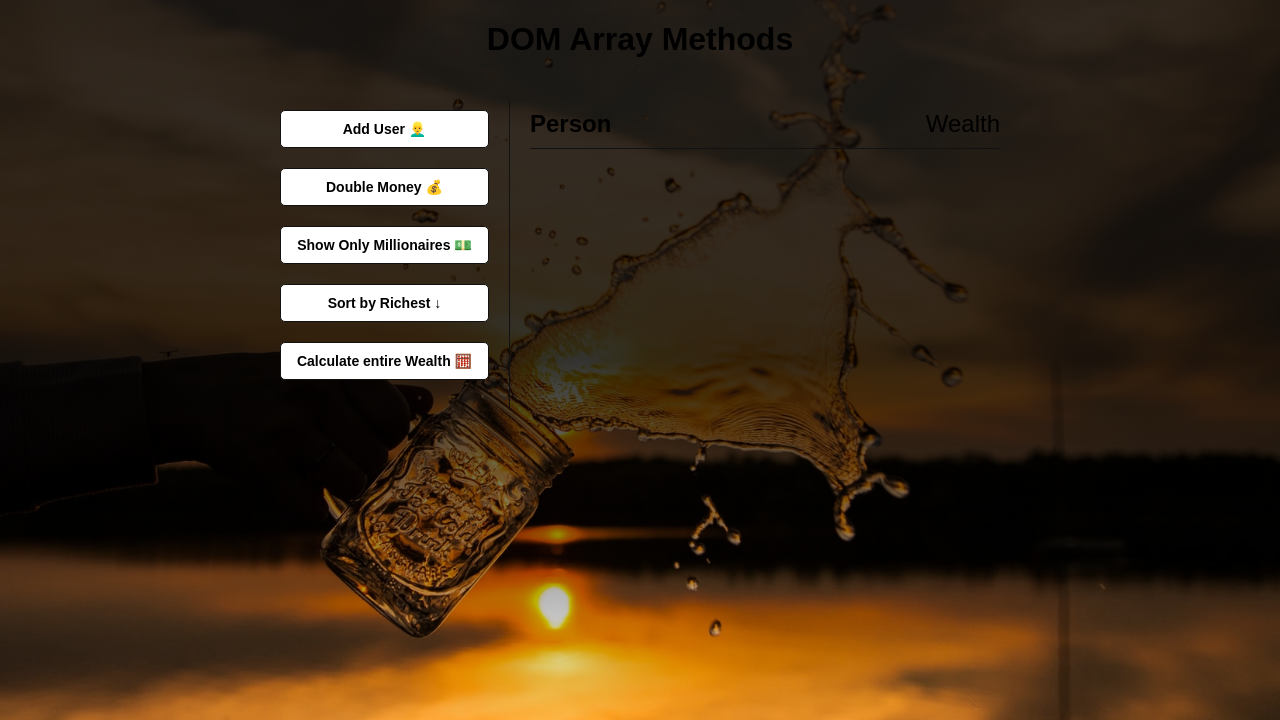
Repository: CAMPSLOPY/RandomUserInfoGenerator
Page: index.html
The author's editor kept a copy of each file at every save. The page is drawn from the files as they stood at one save, then again after the next save.
The browser window is 1280 px wide. The pictures show the whole page.
The page's requests for data from a server got no answer.

Above is the page before, as saved 2021-01-20 12:29:18.

### index.html
<!DOCTYPE html>
<html lang="en">
  <head>
    <meta charset="UTF-8" />
    <meta name="viewport" content="width=device-width, initial-scale=1.0" />
    <meta http-equiv="X-UA-Compatible" content="ie=edge" />
    <meta name="robots" content="index,follow" />
    <meta
      name="description"
      content="This app is used to understand how popular array methods like filter(),map() works.."
    />
    <link rel="stylesheet" href="/styles.css" />
    <link rel="icon" href="./User_36491.png">
    <title>RandomUserGenerator</title>
  </head>
  <body>
    <h1>DOM Array Methods</h1>

    <div class="container">
      <aside>
        <button id="add-user">Add User 👱‍♂️</button>
        <button id="double">Double Money 💰</button>
        <button id="show-millionaires">Show Only Millionaires 💵</button>
        <button id="sort">Sort by Richest ↓</button>
        <button id="calculate-wealth">Calculate entire Wealth 🧮</button>
      </aside>

      <main id="main">
        <h2><strong>Person</strong> Wealth</h2>
      </main>
    </div>
<script src="app.js"></script>
  </body>
</html>

### styles.css
* {
  box-sizing: border-box;
}

body {
  background-image: linear-gradient(rgba(0, 0, 0, 0.8),rgba(0, 0, 0, 0.8), transparent),
    url("./img/back.jpeg");
  background-repeat: no-repeat;
  background-position: center;
  background-size: cover;
  font-family: Arial, Helvetica, sans-serif;
  display: flex;
  flex-direction: column;
  align-items: center;
  min-height: 100vh;
  margin: 0;
}

.container {
  display: flex;
  padding: 20px;
  margin: 0 auto;
  max-width: 100%;
  width: 800px;
}

aside {
  padding: 10px 20px;
  width: 250px;
  border-right: 1px solid #111;
}

button {
  cursor: pointer;
  background-color: #fff;
  border: solid 1px #111;
  border-radius: 5px;
  display: block;
  width: 100%;
  padding: 10px;
  margin-bottom: 20px;
  font-weight: bold;
  font-size: 14px;
}
button:hover {
  background-color: rgba(0, 0, 0, 0.603);
  color: #fff;
  transition: 0.5s;
}

main {
  flex: 1;
  padding: 10px 20px;
}

h2 {
  border-bottom: 1px solid #111;
  padding-bottom: 10px;
  display: flex;
  justify-content: space-between;
  font-weight: 300;
  margin: 0 0 20px;
}
h3 {
  border-bottom: 1px solid #111;
  padding-bottom: 10px;
  display: flex;
  justify-content: space-between;
  font-weight: 300;
  margin: 20px 0 0;
  background-color: white;
}

.person {
  display: flex;
  justify-content: space-between;
  font-size: 20px;
  margin-bottom: 10px;
}

### app.js
// All the Variables we will be working with
const main = document.getElementById("main");
const addUser = document.getElementById("add-user");
const double = document.getElementById("double");
const showMillie = document.getElementById("show-millionaires");
const sort = document.getElementById("sort");
const calculateWealthTotal = document.getElementById("calculate-wealth");

// this is where the data for the people and their money will be stored
let data = [];

// Create the functionality for the APP
// fetch random user and add  money
// async is a better way of calling the fetch API
async function getRandomUser() {
  const res = await fetch("https://randomuser.me/api/1.3/");
  const data = await res.json();

  console.log(data);
  //   we created the user const to attach the data to the results of the called API
  const user = data.results[0];

  //   we now access the API results by creating a new user
  const newUser = {
    name: `${user.name.first} ${user.name.last}`,
    money: Math.floor(Math.random() * 1000000),
  };
  //   we are adding the newUser object to a function called addData
  addData(newUser);
}

// add new obj to data array

function addData(obj) {
  // we are going to push the newUser which is an obj into this function using
  // push()
  data.push(obj);
}
console.log(data);
getRandomUser();

After the next save:
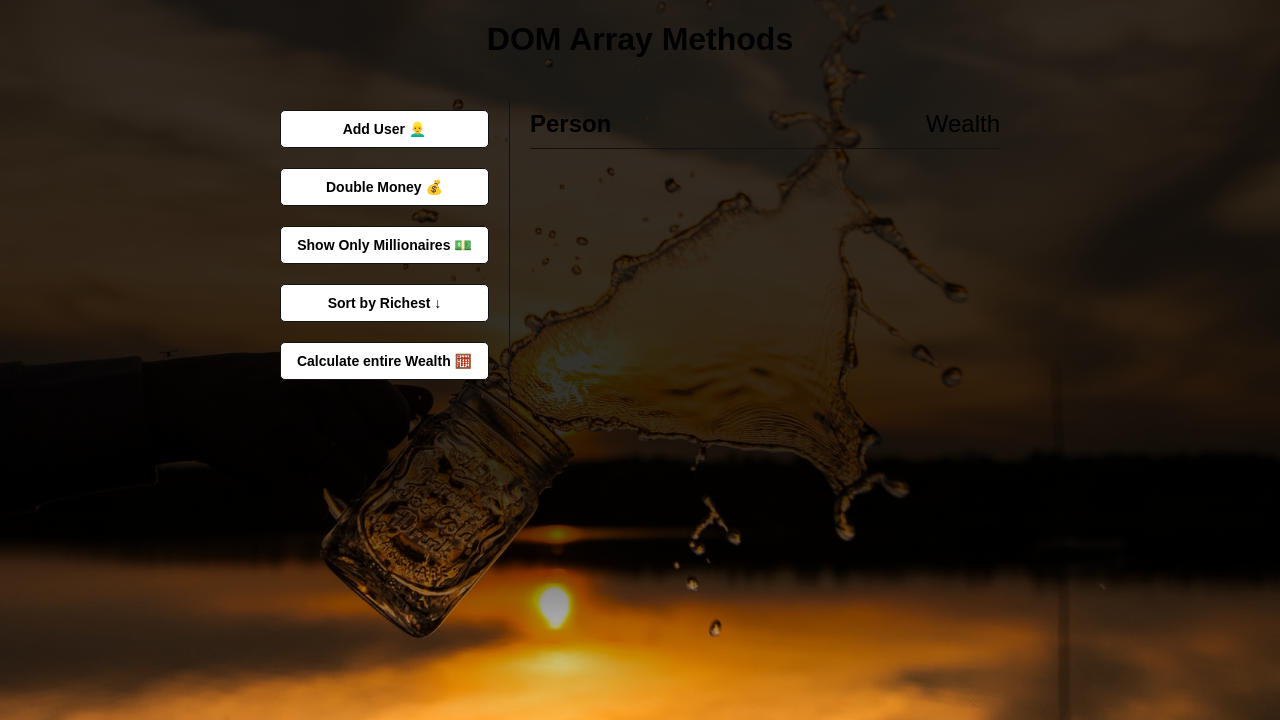
Saved 15 s later.
--- a/styles.css
+++ b/styles.css
@@ -3,7 +3,7 @@
 }
 
 body {
-  background-image: linear-gradient(rgba(0, 0, 0, 0.8),rgba(0, 0, 0, 0.8), transparent),
+  background-image: linear-gradient(rgba(0, 0, 0, 0.8),rgba(0, 0, 0, 0.8),rgba(0, 0, 0, 0.8), transparent),
     url("./img/back.jpeg");
   background-repeat: no-repeat;
   background-position: center;

After the save that followed:
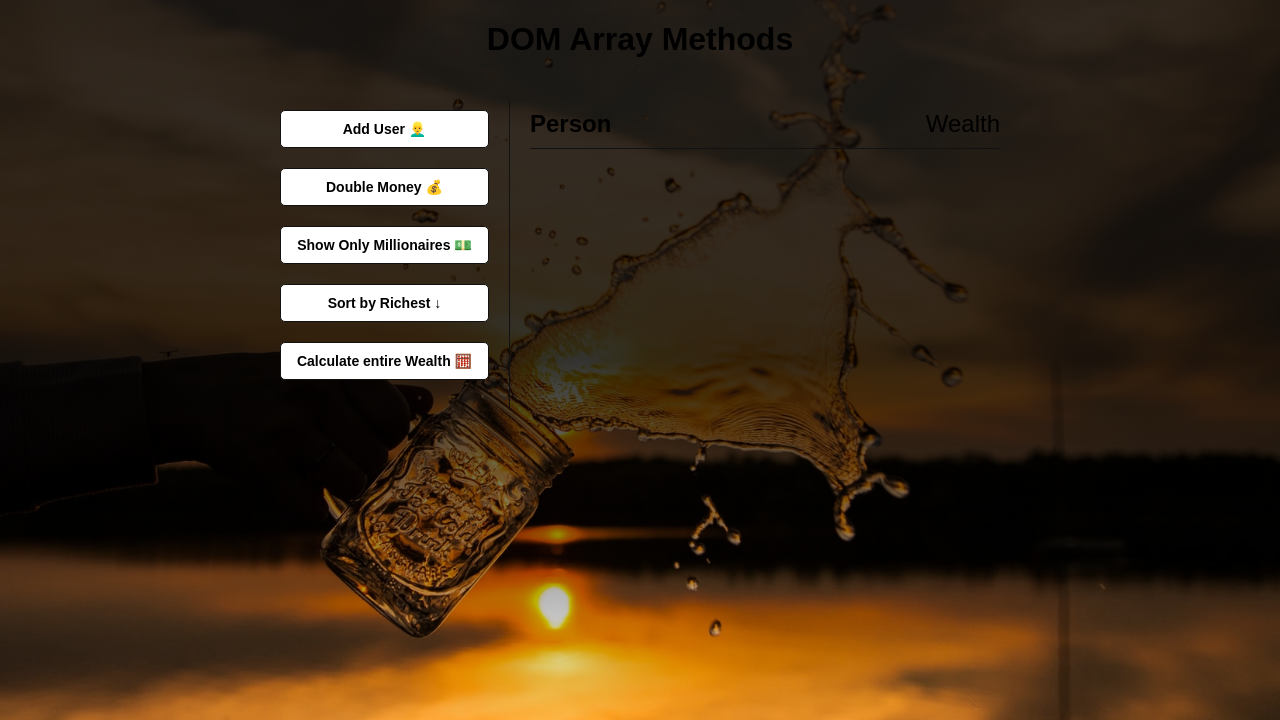
Saved 11 s later.
--- a/styles.css
+++ b/styles.css
@@ -3,7 +3,7 @@
 }
 
 body {
-  background-image: linear-gradient(rgba(0, 0, 0, 0.8),rgba(0, 0, 0, 0.8),rgba(0, 0, 0, 0.8), transparent),
+  background-image: linear-gradient(rgba(0, 0, 0, 0.8),rgba(0, 0, 0, 0.8), transparent),
     url("./img/back.jpeg");
   background-repeat: no-repeat;
   background-position: center;
